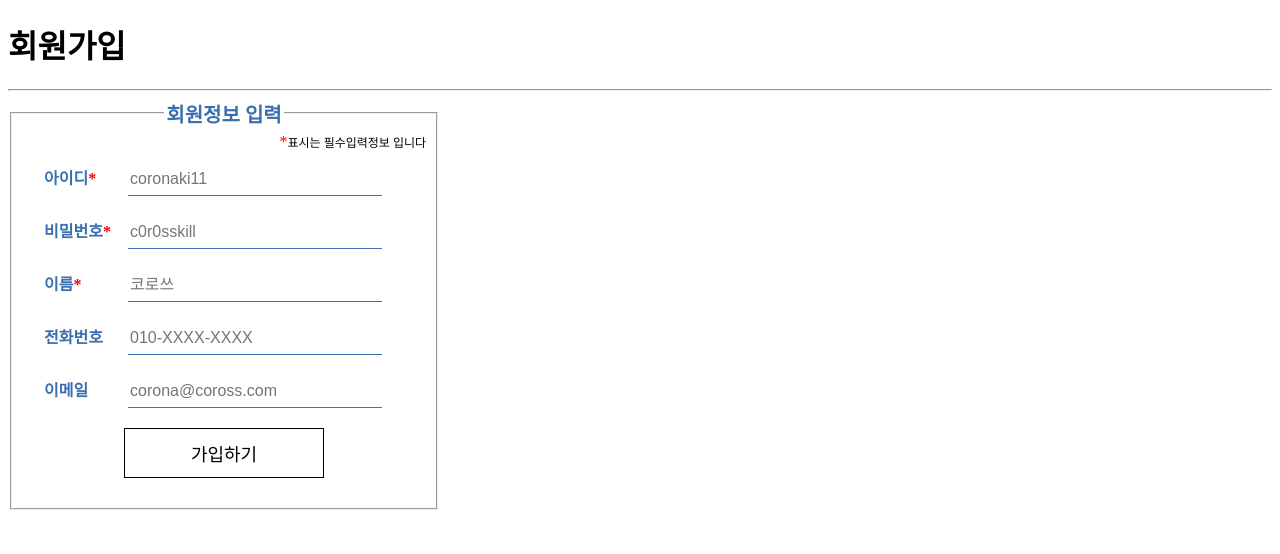
Repository: bbookk1104/spring-workspace
Page: http://localhost/practice_CRUD/joinFrm.do
These files come from the project's save history. The page is drawn as it stood at one moment and after the next save; the edit follows.
The browser window is 1280 px wide. The pictures show the whole page.
The page is served by Tomcat 9.

Above is the page before, as saved 2022-09-30 10:26:43.

After the next save:
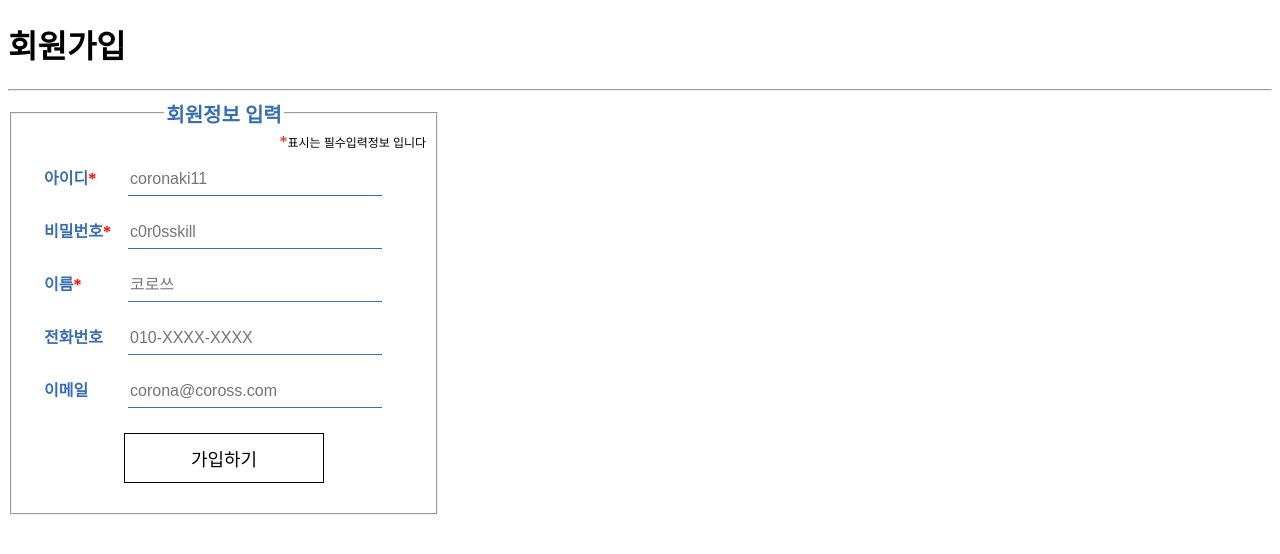
Saved 9 s later.
--- a/practice_CRUD/src/main/webapp/WEB-INF/views/member/joinFrm.jsp
+++ b/practice_CRUD/src/main/webapp/WEB-INF/views/member/joinFrm.jsp
@@ -27,7 +27,7 @@
 		font-weight: bold;
 	}
 	input[type=submit]{
-		margin-top: 10px;
+		margin-top: 15px;
 		width:200px;
 		height:50px;
 		border: 1px solid #000;
